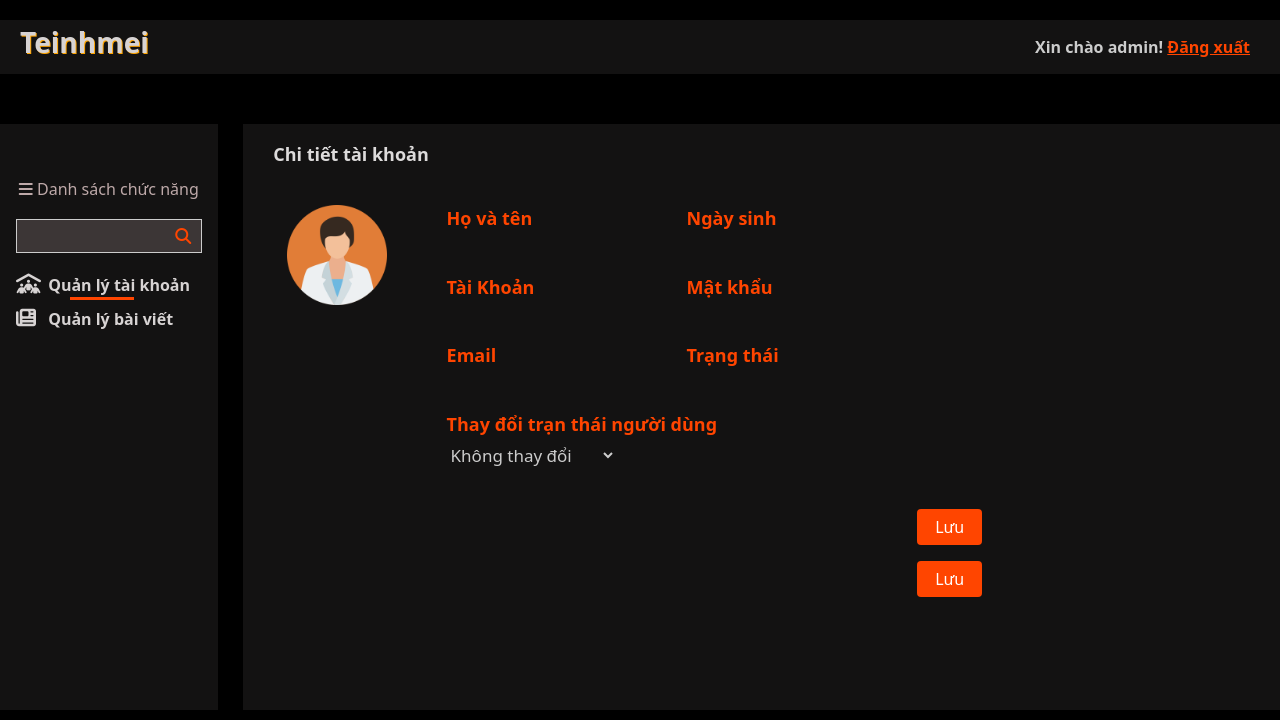
Repository: 29ieH/schedule-manager
Page: http://localhost/quanlythoigian/views/admin/edituser.jsp
The author's editor kept a copy of each file at every save. The page is drawn from the files as they stood at one save, then again after the next save.
The browser window is 1280 px wide. The pictures show the whole page.
The page is served by Tomcat 9. Nobody is signed in. The application's start-up code is not run. Other server files are loaded and not shown.

Above is the page before, as saved 2023-12-26 16:23:41.

### quanlythoigian/src/main/webapp/views/admin/edituser.jsp
<%@ page language="java" contentType="text/html; charset=UTF-8"
    pageEncoding="UTF-8"%>
    <%@include file = "../../util/taglib.jsp"%>
     <%@include file = "../../util/libweb.jsp"%>
<!DOCTYPE html>
<html>
<head>
<meta charset="UTF-8">
<title>Insert title here</title>
</head>
<c:set var ="result" value ="${applicationScope.listResult}"/>
<%
	session = request.getSession(false);
	if(session!=null){
%>
<body style="background-color: black;">
    <div class="web">
        <div class="width-1280">
            <div  id ="div__error-mess" class="error__edit-mess">
                <button id = "div__error-close" class="error__edit-mess--close">
                    <i class="fa-regular fa-circle-xmark"></i>
                </button>
                <h5 class="error__edit-mess--heading">
                    Thông Báo !
                </h5>
                <p class="error__edit-mess--text">
                    aaaabcdefghaaaaaaaaaaaaaaaaaaaaaaaaaaaaaaaaaaaaaaaaaaaaaaaaaaaaaaaaaaaaaaaaaaaaaaaaaaaaaaaaaaaaaaaaaaaaaaaaaaaaaaaaaaaaaaaaaa
                </p>
            </div>
        <div class="header">
            <div style="margin-top: 20px;" class="header__navbar">
                <ul class="header__navbar--list">
                        <h3 class="header__logo">Teinhmei</h3>
                </ul>
                <ul class="header__navbar--list">
                    <li style="color: #ccc; font-weight: 700;" class="header__navbar--item">
                        Xin chào admin! <a style ="color: orangered;" href="<c:url value="/a-dang-xuat"/>">Đăng xuất</a>
                    </li>
                </ul>
            </div>
        </div>
        <div class="hu-content m-h">
        <div class="dashboard">
            <h6 class="dashboard__heading"> <i class="fa-solid fa-bars"></i> Danh sách chức năng</h6>
            <div style="margin-bottom: 20px;" class="dashboard__search">
                <input class="dashboard__search--input" type="text" name="" id="">
                <a class="dashboard__search--link "  href=""><i class="color-2 dashboard__search--icon fa-solid fa-magnifying-glass"></i></a>
            </div>
            <ul class="dashboard__list">
                <li class="dashboard__item tkb">
                    <a class="dashboard__item--link" href="<c:url value="/a-dtb-user?page=1&maxItemsPage=5"/>">
                        <i class="dashboard__item--icon fa-solid fa-people-roof"></i>
                        Quản lý tài khoản
                    </a>
                    <div class="tkb-underline"></div>
                </li>
                <li id="sukien" class="dashboard__item sukien">
                    <a class="dashboard__item--link" href="indexevent.html">
                        <i class="dashboard__item--icon fa-solid fa-newspaper"></i>
                    Quản lý bài viết
                    </a>
                </li>
            </ul>
        </div>
        <div  style="padding: 20px 30px;" class="hu-body">
            <h6 class="a-table__heading">Chi tiết tài khoản</h6>
            <form action="<c:url value = "/a-edit-userz"/>" id="myForm">
            	<input type="hidden" name = "id" value ="${result.idNguoiDung}">
                <div class="a_form--user">
                <c:choose>
                	<c:when test="${result.gioiTinh=='Nam'}">
                	<img src="<c:url value="/img/usernam.png"/>" alt="" class="a_form--img">
                	</c:when>
                	<c:otherwise>
                	<img src="<c:url value="/img/nuuser.png"/>" alt="" class="a_form--img">
                	</c:otherwise>
                </c:choose>
                    <div class="a_form--info">
                        <ul class="a_form--list">
                            <li class="a_form--item">
                                <div class="r">
                                    <div class="w-260px">
                                        <span>Họ và tên</span>
                                        <input class="a_form--input" type="text" value="${result.hoVaTen}" name="hoVaTen">
                                        <div id="error-thoiGianBatDau" class="mess_error"></div>
                                    </div>
                                    <div class="w-260px">
                                    <span>Ngày sinh</span>
                                    <input class="a_form--input w-260px" type="text" value="${result.ngaySinh}" name="ngaySinh">
                                    <div id="error-thoiGianBatDau" class="mess_error"></div>
                                    </div>
                                </div>
                                <div class="r">
                                <div class="w-260px">
                                    <span>Tài Khoản</span>

                                <input class="a_form--input w-260px" type="text" value="${result.taiKhoan}" name="taiKhoan">
                                <div id="error-thoiGianBatDau" class="mess_error"></div>
                                </div>
                                <div class="w-260px">
                                    <span>Mật khẩu</span>

                                <input class="a_form--input w-260px" type="text" value="${result.matKhau}" name="matKhau">
                                <div id="error-thoiGianBatDau" class="mess_error"></div>
                                </div>
                            </div>
                            <div class="r">
                                <div class="w-260px">
                                    <span>Email</span>

                                <input class="a_form--input w-260px" type="email" value="${result.email}" name="email">
                                <div id="error-thoiGianBatDau" class="mess_error"></div>
                                </div>
                                <div class="w-260px">
                                    <span>Trạng thái</span>
                                	<c:if test="${result.status==1}">
                                	<c:set var = "status" value="Đang hoạt động"/>
                                	</c:if>
                                	<c:if test="${result.status==0}">
                                	<c:set var = "status" value="Tạm khóa"/>
                                	</c:if>
                                    <input class="a_form--input w-260px" type="text" value="${status}" name="status">
                                    <div id="error-thoiGianBatDau" class="mess_error"></div>
                                    </div>

                            </div>
                            <div>
                                <span>Thay đổi trạn thái người dùng</span>

                                <div>
                                <select class="a_form--input w-176px" aria-label="Default select example" name="editStatus">
                                    <option value="2">Không thay đổi</option>
                                    <option value="1">Mở khóa tài khoản</option>
                                    <option value="0">Khóa tài khoản</option>
                                  </select>
                                  </div>

                            </div>
                            </li>
                        </ul>
                    </div>
                </div>
                <input style="margin-left: 644px;" class="a-table__submit" type="submit" value="Lưu">
            </form>
             <input style="margin-left: 644px;" class="a-table__submit" type="submit" value="Lưu">
        </div>
    </div>
        </div>
    </div>
</body>
<% } else {
	response.sendRedirect("/quanlythoigian/views/dangnhap.jsp");
} %>
</html>

### quanlythoigian/src/main/webapp/util/taglib.jsp
   <%@ taglib prefix = "c" uri = "http://java.sun.com/jsp/jstl/core" %>
     <link rel="stylesheet" href="<c:url value ="/css/base.css"/>">
    <link rel="stylesheet" href="<c:url value ="/css/main.css"/>">

### quanlythoigian/src/main/webapp/util/libweb.jsp
	<link href="https://cdn.jsdelivr.net/npm/bootstrap@5.2.3/dist/css/bootstrap.min.css" rel="stylesheet" integrity="sha384-rbsA2VBKQhggwzxH7pPCaAqO46MgnOM80zW1RWuH61DGLwZJEdK2Kadq2F9CUG65" crossorigin="anonymous">
    <script src="https://cdn.jsdelivr.net/npm/@popperjs/core@2.11.6/dist/umd/popper.min.js" integrity="sha384-oBqDVmMz9ATKxIep9tiCxS/Z9fNfEXiDAYTujMAeBAsjFuCZSmKbSSUnQlmh/jp3" crossorigin="anonymous"></script>
    <script src="https://cdn.jsdelivr.net/npm/bootstrap@5.2.3/dist/js/bootstrap.min.js" integrity="sha384-cuYeSxntonz0PPNlHhBs68uyIAVpIIOZZ5JqeqvYYIcEL727kskC66kF92t6Xl2V" crossorigin="anonymous"></script>
    <link rel="stylesheet" href="https://cdnjs.cloudflare.com/ajax/libs/font-awesome/6.4.2/css/all.min.css" integrity="sha512-z3gLpd7yknf1YoNbCzqRKc4qyor8gaKU1qmn+CShxbuBusANI9QpRohGBreCFkKxLhei6S9CQXFEbbKuqLg0DA==" crossorigin="anonymous" referrerpolicy="no-referrer" />

### quanlythoigian/src/main/webapp/css/main.css
ul{
    margin: 0;
}
li{
    list-style: none;
}
.color-2{
    color: orangered;
}
.color-1{
    color: rgb(215, 211, 211);
}
.color-3{
    color: #0000;
}
.color-util{
    color: #d79e9e !important;
}
.color-input{
   background-color: rgb(215, 211, 211) !important;
}
.w-138px{
	width : 138px;
}
.w-244px{
	width : 244px;
}
.w-284px{
	width : 284px;
}
.w-320px{
    width: 320px;
}
.width-1280{
    width: 1380px;
}
.f-13{
    font-size: 13px !important;
}
.web{
    display: flex;
    align-items: center;
    justify-content: center;
}
.modal{
    position: fixed;
    top: 0;
    right: 0;
    left: 0;
    bottom: 0;
    background-color: rgba(0, 0, 0, 0.7);
    display: flex;
    align-items: center;
    justify-content: center;
}
body{
    margin: 0;
}
.row-body{
    display: flex;
    align-items: center;
    justify-content: center;
}
.m-t-40{
    margin-top: 40px;
}
.m-t-10{
    margin-top: 10px;
}
.m-b-10{
    margin-bottom: 10px;
}
.m-r-20{
    margin-right: 20px;
}
.m-l-30{
    margin-left: 30px;
}
.m-r-10{
    margin-right: 10px;
}
.pd-b-40{
    padding-bottom: 40px;
}
.w-210px{
    width: 210px !important;
}
.w-156px{
    width: 156px !important;
}
.reset-margin{
    margin: 0 !important;
}
.w-260px{
    width: 240px !important;
}
.w-280px{
    width: 280px;
}
.row{
    display: flex;
    justify-content: space-between;
    padding: 20px 30px;
}
.r{
    display: flex;
}
.pd-6{
    padding: 6px !important;
}
.mess_error{
    color: red;
    font-weight: 600;
    font-size: 15px;
    overflow-wrap: break-word;
    margin-top: 4px;
}
.bg-p{
    background-color: rgb(19, 18, 18) !important;
}
.btn-submit{
    padding: 2px 14px;
    border-radius: 4px;
    background-color: orangered;
    color: #ffff;
}
.btn-submit:hover{
    background-color: rgb(255, 30, 0);
}
  .btn{
    cursor: pointer;
    padding: 0 !important;
  }
    .error__edit-mess{
    width: 446px;
    background-color: #3c3636;
    border-radius: 12px;
    position: absolute;
    padding: 10px 20px;
    right: 35.3%;
    transition: top 0.5s;
    top: -100%;
    /* top: 32px; */
  }
  .error__edit-mess--heading{
    color: orangered;
    text-shadow: 1px 1px #141414;
    text-align: center;
  }
  .error__edit-mess--text{
    color: #c7c1c1;
    text-align: center;
    margin: 0;
    font-size: 17px;
    text-shadow: 1px 1px #5d4a4a;
    overflow-wrap: break-word;
  }
  .error__edit-mess--close{
    background-color: #3c3636;
    border: none;
    position: absolute;
    right: 0px;
    top: 0px;
    font-size: 20px;
    border-radius: 10px;
    color: #f7a2a2;
  }
  .error__edit-mess--close:hover{
    color: #937878;
  }
  .m-h{
  	    min-height: 586px;
  }
  .pagination{
    --bs-pagination-bg: black !important;
    --bs-pagination-color: orange !important;
    --bs-pagination-active-bg: #FF5722 !important;
  	--bs-pagination-active-border-color: #dee2e6 !important;
	--bs-pagination-hover-color: #FF5722 !important;

  }

Loaded but not shown: quanlythoigian/src/main/webapp/css/base.css (1147 lines, source omitted)

After the next save:
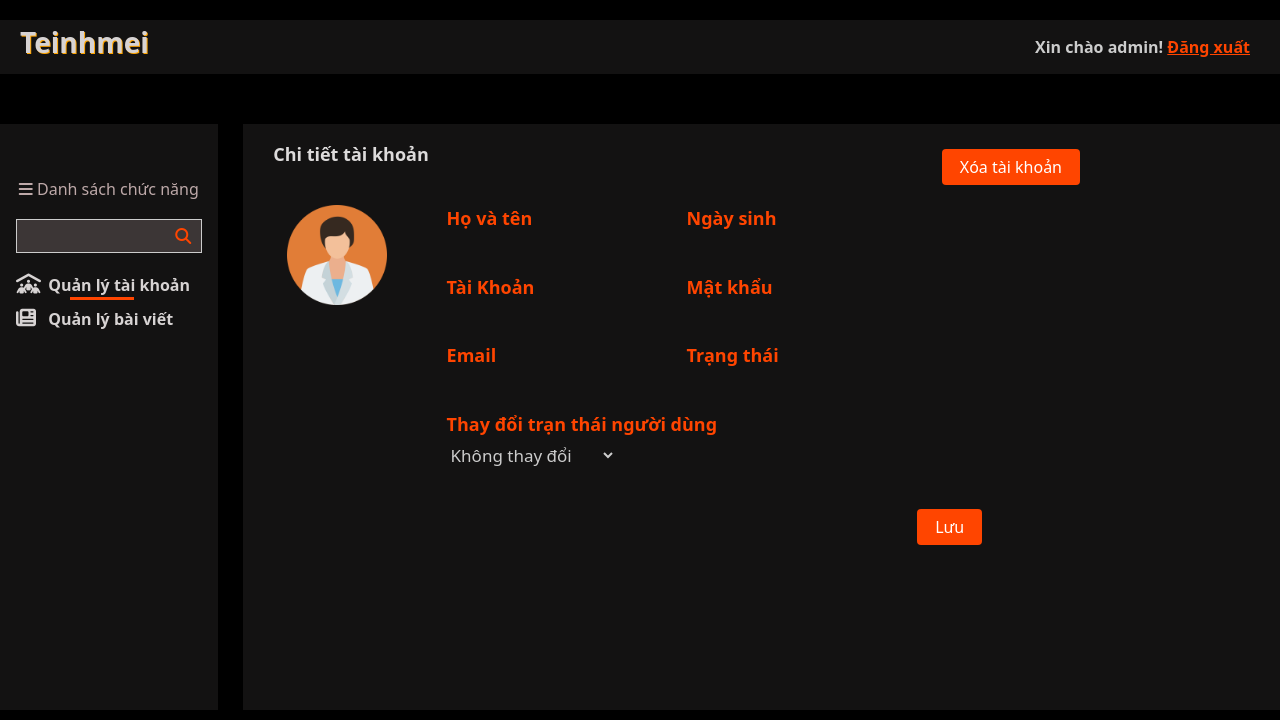
Saved 13 s later.
--- a/quanlythoigian/src/main/webapp/views/admin/edituser.jsp
+++ b/quanlythoigian/src/main/webapp/views/admin/edituser.jsp
@@ -142,7 +142,7 @@
                 </div>
                 <input style="margin-left: 644px;" class="a-table__submit" type="submit" value="Lưu">
             </form>
-             <input style="margin-left: 644px;" class="a-table__submit" type="submit" value="Lưu">
+             <input style="margin-left: 644px;" class="a-table__submit a-table__submit-delete" type="submit" value="Xóa tài khoản">
         </div>
     </div>
         </div>
